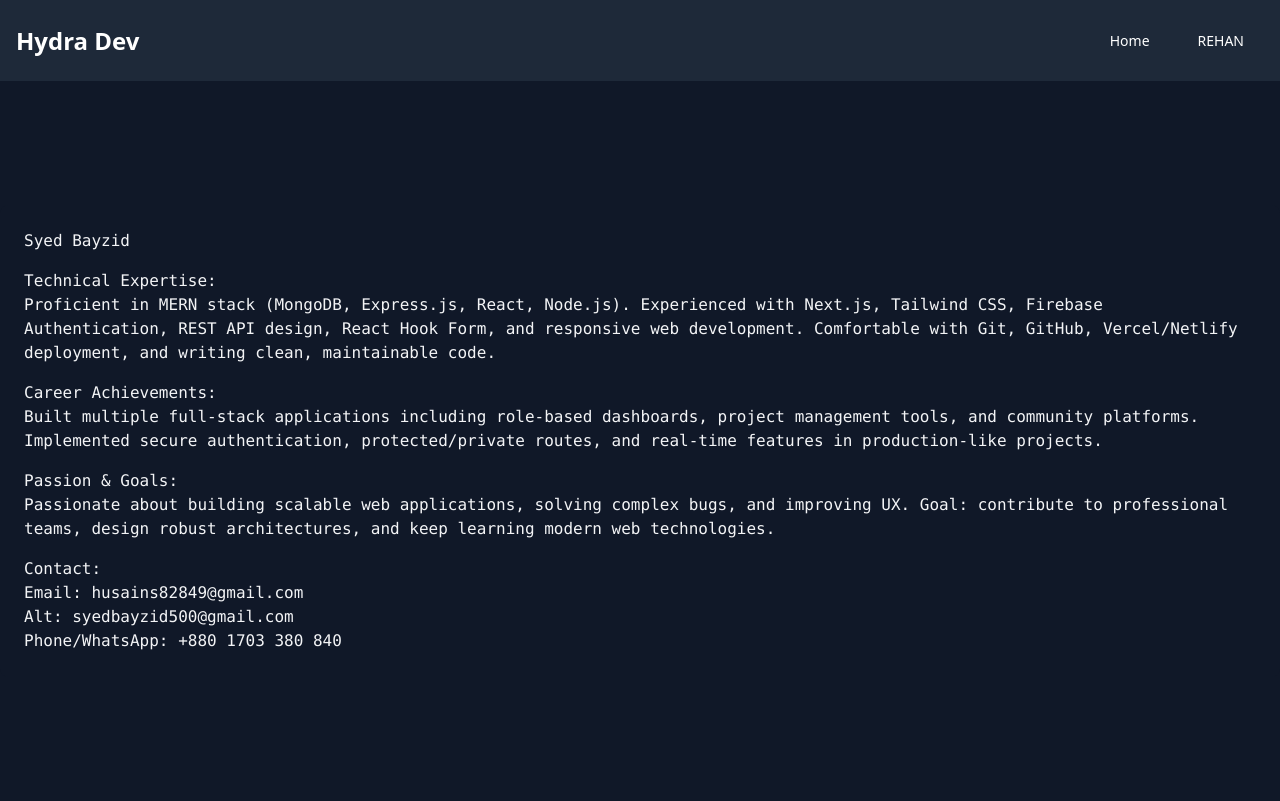
Repository: codeSmith-006/github-collab
Page: /bayzid
These files come from the project's save history. The page is drawn as it stood at one moment and after a run of saves; the edit follows.
The browser window is 1280 px wide. The pictures show the whole page.
The project was rebuilt for these pictures with package versions that can differ from the ones it lists, and the page was loaded fresh each time. Also part of the build but not shown: vite.config.js, src/App.jsx, src/Components/Navbar/active.css, src/Page/Home/Home.jsx, src/Page/Rehan/Rehan.jsx.

Above is the page before, as saved 2025-09-10 10:41:24.

After the next 5 saves:
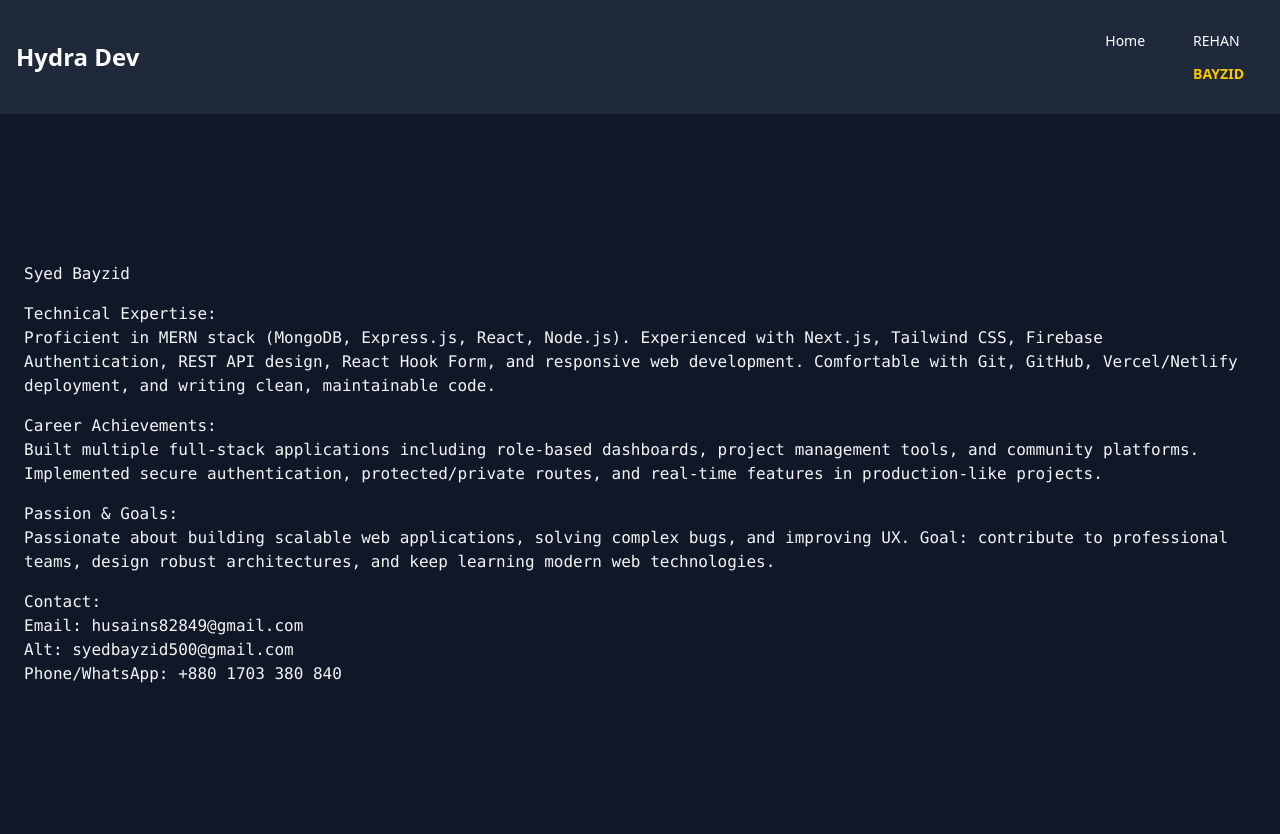
The 5 saves are shown as one change because they came seconds apart.
The last was saved 14 s later.
--- a/src/Components/Navbar/Navbar.jsx
+++ b/src/Components/Navbar/Navbar.jsx
@@ -31,6 +31,14 @@ export default function Navbar() {
           >
             REHAN
           </NavLink>
+          <NavLink
+            to="/bayzid"
+            className={({ isActive }) =>
+              isActive ? "text-yellow-400 font-bold" : "hover:text-yellow-300"
+            }
+          >
+            BAYZID
+          </NavLink>
         </li>
       </ul>
     </nav>
